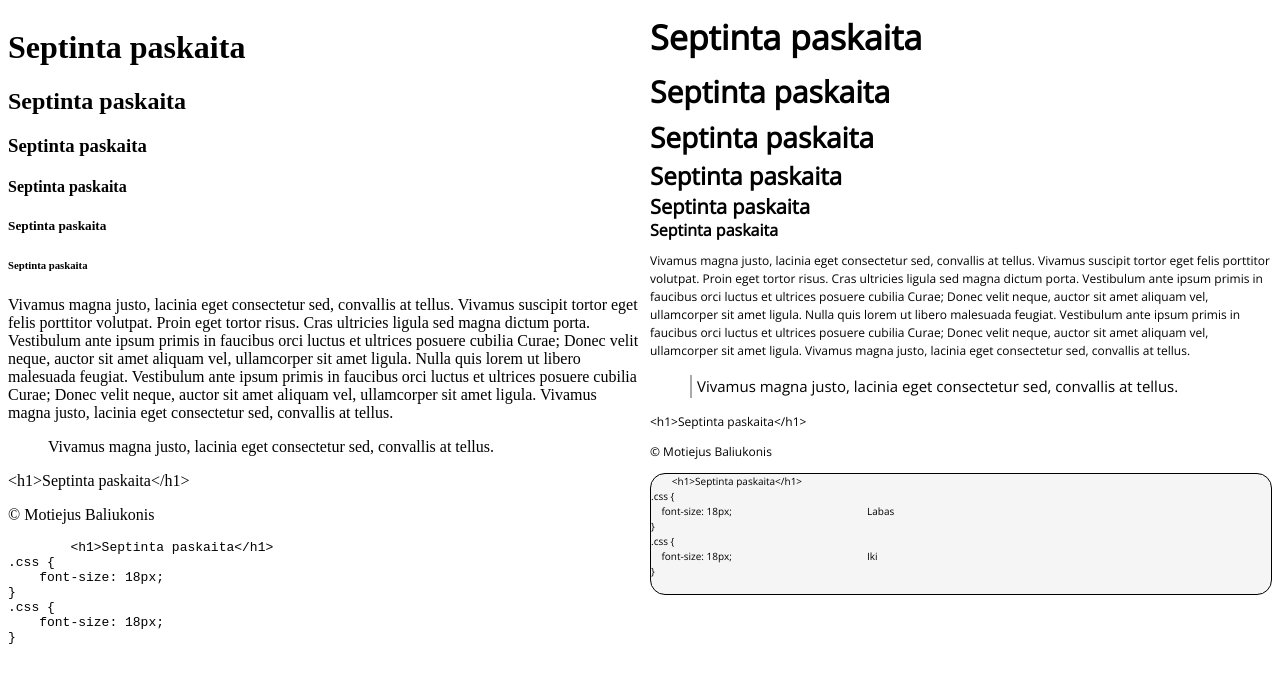
Repository: motiejus1/07-paskaita-05.31
Page: index.html
These files come from the project's save history. The page is drawn as it stood at one moment and after a run of saves; the edit follows.
The browser window is 1280 px wide. The pictures show the whole page.

Above is the page before, as saved 2021-06-10 20:50:08.

### index.html
<!DOCTYPE html>
<html lang="en">
<head>
    <meta charset="UTF-8">
    <meta http-equiv="X-UA-Compatible" content="IE=edge">
    <meta name="viewport" content="width=device-width, initial-scale=1.0">
    <title>Septinta paskaita</title>

    <link rel="preconnect" href="https://fonts.gstatic.com">
    <link href="https://fonts.googleapis.com/css2?family=Open+Sans&display=swap" rel="stylesheet">

    <style>
        .container {
            width: 100%;
        }

        .left, .right {
            float:left;
            width: 50%;

        }

        .right {
            font-family: 'Open Sans', sans-serif;
        }

        .right pre {
            font-family: 'Open Sans', sans-serif;
            font-size: 10px;
            line-height: 1.5;
            color: black;
            border: 1px solid black;
            border-radius: 15px;
            background-color: #f5f5f5;
        }

        .right h1, .right h2, .right h3, .right h4, .right h5, .right h6 {
            margin: 0;
            font-weight: 700;
        }

        .right h1 {
            /* font-family: 'Open Sans', sans-serif; */
            font-size: 34px;
            line-height: 1.75;
        }

        .right h2 {
            font-size: 30px;
            line-height: 1.6;
        }

        .right h3 {
            font-size: 28px;
            line-height: 1.5;
        }

        .right h4 {
            font-size: 24px;
            line-height: 1.5;
        }

        .right h5 {
            font-size: 20px;
            line-height: 1.3;
        }

        .right h6 {
            font-size: 16px;
            line-height: 1.3;
        }

        .right p {
            font-size: 12px;
            line-height: 1.5;
            font-weight: 400;
        }

        .right blockquote {
            font-size: 15px;
            line-height: 1.5;
            font-weight: 400;
            border-left: 2px solid darkgrey;
            padding-left: 5px;
            /* border: 2px solid darkgrey */
        }
        .right-container {
            padding-left: 10px;
        }

    </style>
</head>
<body>
    <div class="container">
        <div class="left">
            <h1>Septinta paskaita</h1>
            <h2>Septinta paskaita</h2>
            <h3>Septinta paskaita</h3>
            <h4>Septinta paskaita</h4>
            <h5>Septinta paskaita</h5>
            <h6>Septinta paskaita</h6>

            <p>Vivamus magna justo, lacinia eget consectetur sed, convallis at tellus. Vivamus suscipit tortor eget felis porttitor volutpat. Proin eget tortor risus. Cras ultricies ligula sed magna dictum porta. Vestibulum ante ipsum primis in faucibus orci luctus et ultrices posuere cubilia Curae; Donec velit neque, auctor sit amet aliquam vel, ullamcorper sit amet ligula. Nulla quis lorem ut libero malesuada feugiat. Vestibulum ante ipsum primis in faucibus orci luctus et ultrices posuere cubilia Curae; Donec velit neque, auctor sit amet aliquam vel, ullamcorper sit amet ligula. Vivamus magna justo, lacinia eget consectetur sed, convallis at tellus.</p>

            <blockquote>Vivamus magna justo, lacinia eget consectetur sed, convallis at tellus.</blockquote>

            <p> &lt;h1&gt;Septinta paskaita&lt;/h1&gt;  </p>
            <p>&copy; Motiejus Baliukonis</p>

            <pre>
        &lt;h1&gt;Septinta paskaita&lt;/h1&gt;
.css {
    font-size: 18px;
}
.css {
    font-size: 18px;
}
            </pre>
        </div>
        <div class="right">
            <div class="right-container">
            <h1>Septinta paskaita</h1>
            <h2>Septinta paskaita</h2>
            <h3>Septinta paskaita</h3>
            <h4>Septinta paskaita</h4>
            <h5>Septinta paskaita</h5>
            <h6>Septinta paskaita</h6>

            <p>Vivamus magna justo, lacinia eget consectetur sed, convallis at tellus. Vivamus suscipit tortor eget felis porttitor volutpat. Proin eget tortor risus. Cras ultricies ligula sed magna dictum porta. Vestibulum ante ipsum primis in faucibus orci luctus et ultrices posuere cubilia Curae; Donec velit neque, auctor sit amet aliquam vel, ullamcorper sit amet ligula. Nulla quis lorem ut libero malesuada feugiat. Vestibulum ante ipsum primis in faucibus orci luctus et ultrices posuere cubilia Curae; Donec velit neque, auctor sit amet aliquam vel, ullamcorper sit amet ligula. Vivamus magna justo, lacinia eget consectetur sed, convallis at tellus.</p>

            <blockquote>Vivamus magna justo, lacinia eget consectetur sed, convallis at tellus.</blockquote>

            <p> &lt;h1&gt;Septinta paskaita&lt;/h1&gt;  </p>
            <p>&copy; Motiejus Baliukonis</p>

            <pre>
        &lt;h1&gt;Septinta paskaita&lt;/h1&gt;
.css {
    font-size: 18px;                                                    Labas
}
.css {
    font-size: 18px;                                                    Iki
}
            </pre>
        </div>
        </div>
    </div>
</body>
</html>

After the next 3 saves:
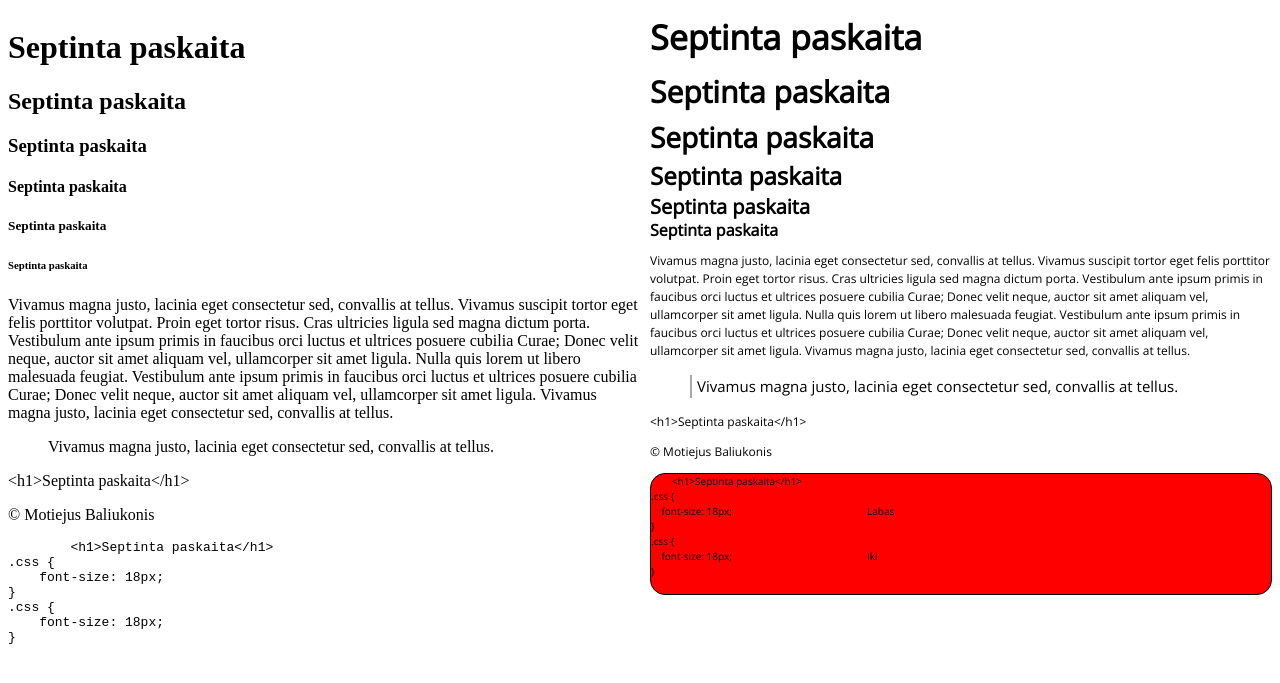
The 3 saves are shown as one change because they came seconds apart.
The last was saved 25 s later.
--- a/index.html
+++ b/index.html
@@ -31,7 +31,7 @@
             color: black;
             border: 1px solid black;
             border-radius: 15px;
-            background-color: #f5f5f5;
+            background-color: red ;
         }
 
         .right h1, .right h2, .right h3, .right h4, .right h5, .right h6 {
